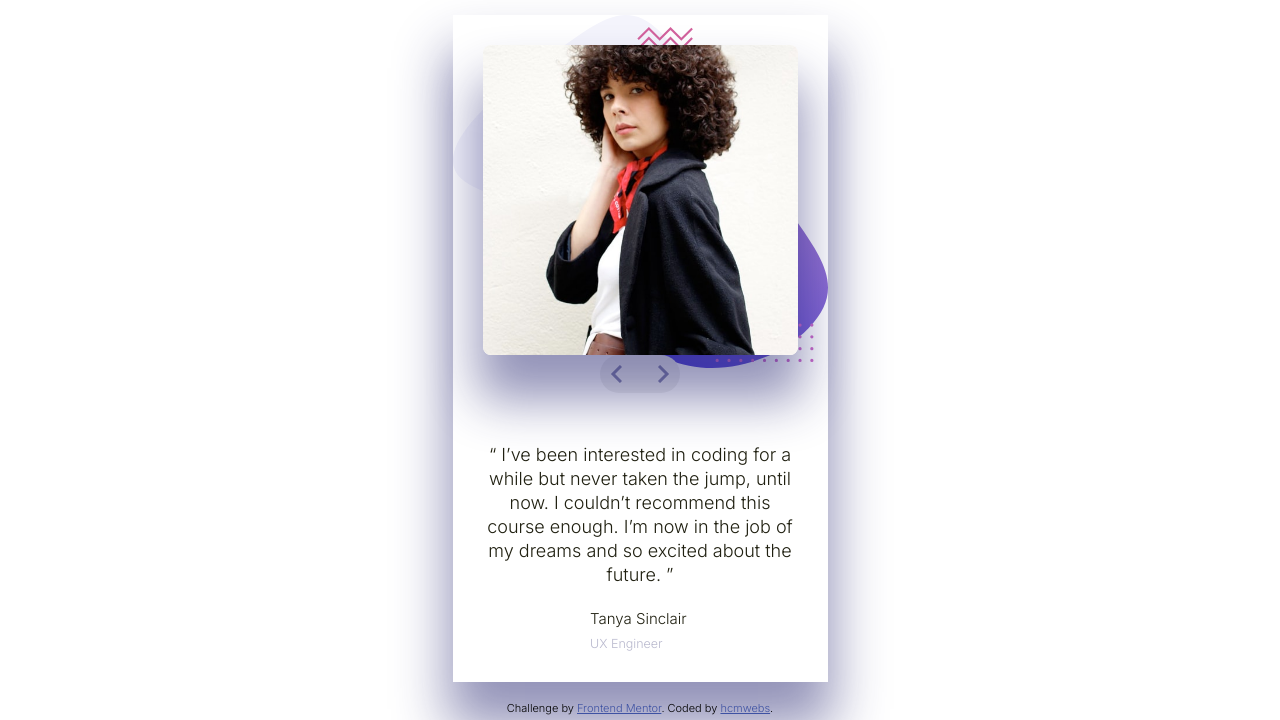
Repository: Hcmwebs/Coding-Bootcamp-Testimonials
Page: index.html
The author's editor kept a copy of each file at every save. The page is drawn from the files as they stood at one save, then again after the next save.
The browser window is 1280 px wide. The pictures show the whole page.
The style sheet was rebuilt from its Sass, Less or Tailwind sources for each picture, by a compiler version that may differ from the author's.

Above is the page before, as saved 2020-10-30 20:18:21.

### index.html
<!DOCTYPE html>
<html lang="en">
  <head>
    <meta charset="UTF-8" />
    <meta name="viewport" content="width=device-width, initial-scale=1.0" />
    <!-- displays site properly based on user's device -->

    <link
      rel="icon"
      type="image/png"
      sizes="32x32"
      href="./images/favicon-32x32.png"
    />
    <link rel="stylesheet" href="css/main.css" />
    <title>Frontend Mentor | Coding Bootcamp Testimonials Slider</title>

    <!-- Feel free to remove these styles or customise in your own stylesheet 👍 -->
    <style>
      .attribution {
        font-size: 11px;
        text-align: center;
      }
      .attribution a {
        color: hsl(228, 45%, 44%);
      }
    </style>
  </head>
  <body>
    <div class="container">
      <div class="card">
        <div class="card__header">
          <img
            src="images/image-tanya.jpg"
            alt="Profile Tanya"
            id="profileTanya"
            class="card__header--profileImg"
          />
        </div>

        <button id="button">
          <img src="images/icon-prev.svg" alt="icon-prev" />
          <img src="images/icon-next.svg" alt="icon-next" />
        </button>

        <div class="card__body">
          <h2>
            “ I’ve been interested in coding for a while but never taken the
            jump, until now. I couldn’t recommend this course enough. I’m now in
            the job of my dreams and so excited about the future. ”
          </h2>
          <div class="card__body--captionTxt">
            <p>Tanya Sinclair</p>
            <small>UX Engineer </small>
          </div>
        </div>
      </div>
    </div>
    <!-- “ I’ve been interested in coding for a while but never taken the jump, until
    now. I couldn’t recommend this course enough. I’m now in the job of my
    dreams and so excited about the future. ” Tanya Sinclair UX Engineer “ If
    you want to lay the best foundation possible I’d recommend taking this
    course. The depth the instructors go into is incredible. I now feel so
    confident about starting up as a professional developer. ” John Tarkpor
    Junior Front-end Developer -->

    <div class="attribution">
      Challenge by
      <a href="https://www.frontendmentor.io?ref=challenge" target="_blank"
        >Frontend Mentor</a
      >. Coded by
      <a href="https://github.com/Hcmwebs" target="_blank">hcmwebs</a>.
    </div>
    <script src="main.js"></script>
  </body>
</html>

### scss/main.scss
@import url('https://fonts.googleapis.com/css2?family=Inter:wght@300;400&display=swap');

$font-stack:'Inter',sans-serif;
$primaryColor : rgba(32, 32, 17, 1.0);
$secondaryColor : rgba(185, 185, 206, 1.0);
$boxShadowColor:rgba(36, 36, 113,0.49);


@mixin gridCenter{
  display: grid;
  place-items: center;
}

@mixin flexCenter {
  display: flex;
  justify-content: center;
  align-items: center;

}

@mixin flexSpaceBetween {
  @include flexCenter;
  justify-content: space-between;
}


*{
  margin: 0;
  padding: 0;
  box-sizing: border-box;

}
body{
  font-family: $font-stack;
  font-size: 10px;
  font-weight: 300;
  line-height: 24px;
  height: 100vh;
  width: 100%;
  @include flexCenter;
  flex-direction: column;
}

.container{
  width: 100%;
  height: 100vh;
  @include gridCenter;
  grid-template-columns: 1fr;
}
  .card{
  width: 375px;
  height: 667px;
  padding: 30px;
  @include flexSpaceBetween;
  flex-direction: column;
  background-image: url(/images/pattern-bg.svg);
  background-position: top center;
  background-size:contain;
  background-repeat: no-repeat;
  box-shadow: 0 40px 50px 5px $boxShadowColor;

  &__header{
    width: 100%;
    height: 310px;

    &--profileImg{
      width: 100%;
      height: 100%;
      object-fit: cover;
      border-radius: 0.5rem;
      box-shadow: 0 40px 50px 5px $boxShadowColor;
      position: relative;
    }


  }


  button {
    width: 80px;
    height: 40px;
    padding: 10px;
    border-radius: 28px;
    border: none;
    @include flexSpaceBetween;

  }


  &__body{
    width: 100%;
    margin:50px 0;
    @include gridCenter;
    gap: 20px;

    h2{
      font-size: 18px;
      font-weight: 300;
      text-align: center;
      color:$primaryColor;
    }

    &--captionTxt{
      width:100px;
      text-align: left;
      font-size: 15px;
      font-weight: 300;


      p{
        color: $primaryColor;

      }

      small{
        color: $secondaryColor;

      }

    }

  }
}

Loaded but not shown: main.js (no copy from this time; the picture is the same without it)

After the next save:
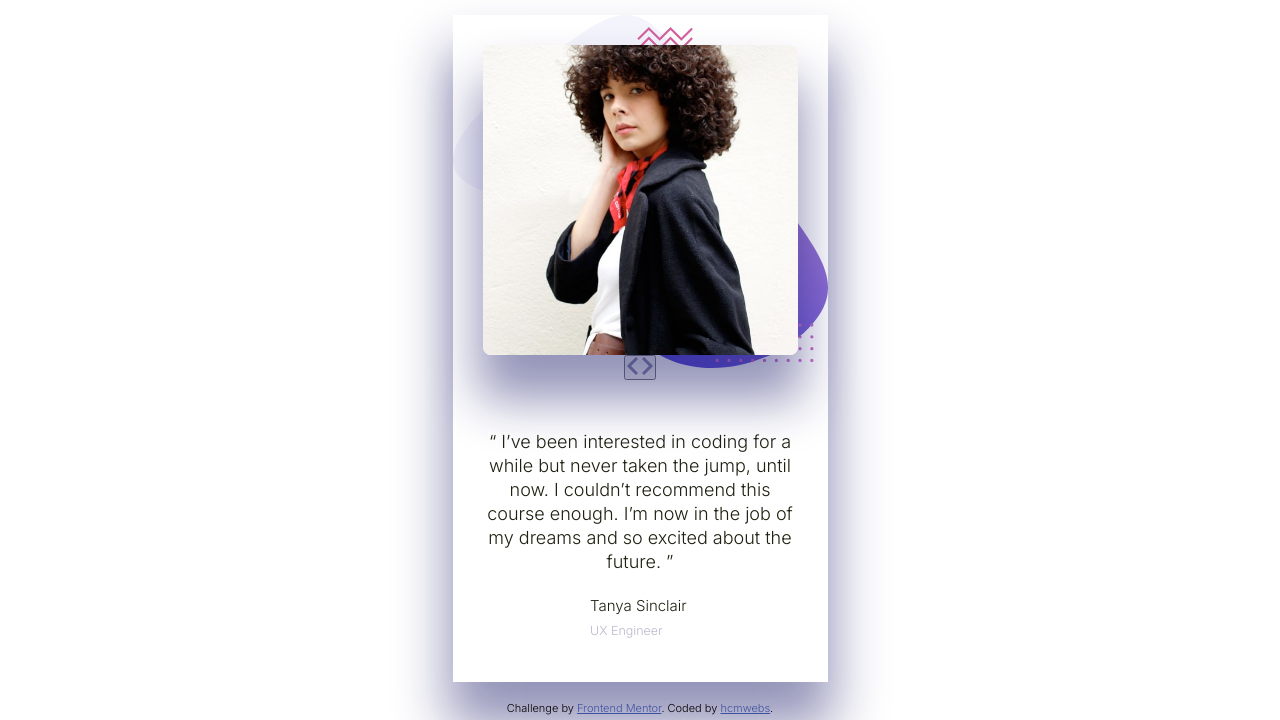
Saved 79 s later.
--- a/scss/main.scss
+++ b/scss/main.scss
@@ -76,15 +76,7 @@
   }
 
 
-  button {
-    width: 80px;
-    height: 40px;
-    padding: 10px;
-    border-radius: 28px;
-    border: none;
-    @include flexSpaceBetween;
 
-  }
 
 
   &__body{

After the save that followed:
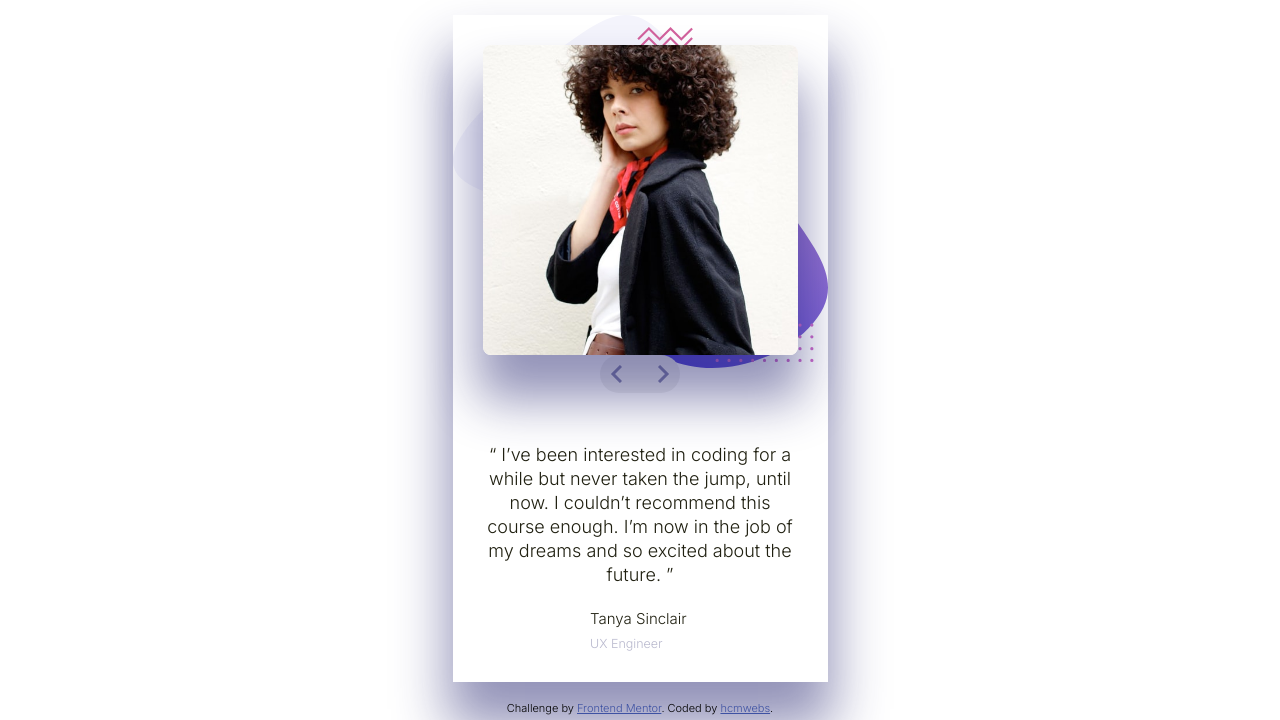
Saved 43 s later.
--- a/scss/main.scss
+++ b/scss/main.scss
@@ -74,7 +74,15 @@
 
 
   }
+  button {
+    width: 80px;
+    height: 40px;
+    padding: 10px;
+    border-radius: 28px;
+    border: none;
+    @include flexSpaceBetween;
 
+  }
 
 
 
